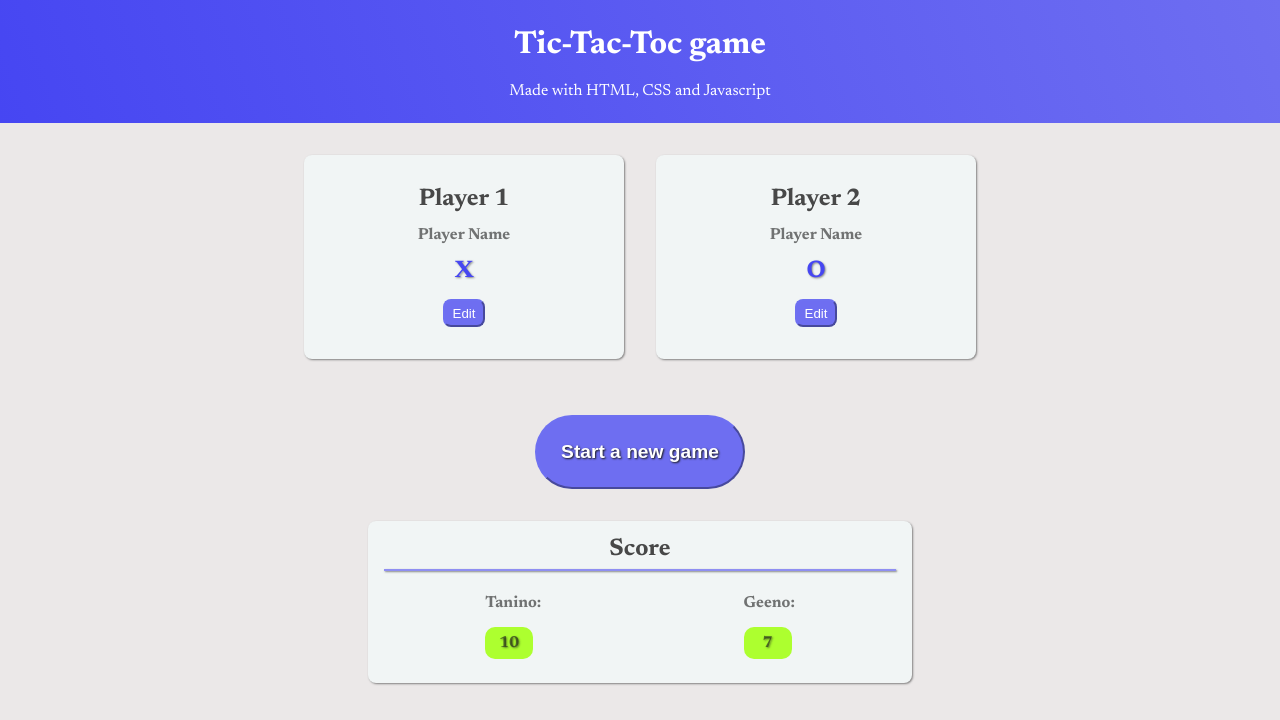
Repository: MicTomm/Tic-tac-toe-game
Page: index.html
An editor plug-in stored every save of this project. The page is shown before and after the next save, followed by the edit.
The browser window is 1280 px wide. The pictures show the whole page.

Above is the page before, as saved 2023-06-26 21:43:35.

### index.html
<!DOCTYPE html>
<html lang="en">

<head>
    <meta charset="UTF-8">
    <meta name="viewport" content="width=device-width, initial-scale=1.0">
    <title>Tic-Tac-Toe</title>
    <link rel="preconnect" href="https://fonts.googleapis.com">
    <link rel="preconnect" href="https://fonts.gstatic.com" crossorigin>
    <link href="https://fonts.googleapis.com/css2?family=Newsreader:wght@400;700&display=swap" rel="stylesheet">
    <link href="/styles/styles.css" rel="stylesheet">
    <link href="/styles/overlay.css" rel="stylesheet">
    <link href="/styles/game-configuration.css" rel="stylesheet">
    <link href="/styles/game-execution.css" rel="stylesheet">
    <script src="/scripts/configuration.js" defer></script>
    <script src="/scripts/game.js" defer></script>
    <script src="/scripts/app.js" defer></script>
</head>

<body>
    <div id="back-drop"></div>
    <header id="main-header">
        <h1>Tic-Tac-Toc game</h1>
        <p>Made with HTML, CSS and Javascript</p>
    </header>
    <main>
        <aside id="aside-container">
            <header id="id=" aside-header>
                <h2>Chose your name</h2>
            </header>
            <form>
                <div id="aside-input-container">
                    <label for="choosing-player-name" id="choosing-player-name-label">Player name</label>
                    <input type="text" id="choosing-player-name" name="player-name" required>
                    <div id="input-validation-error-container">
                        <svg xmlns="http://www.w3.org/2000/svg" fill="none" viewBox="0 0 24 24" stroke-width="1.5"
                            stroke="currentColor" class="w-6 h-6">
                            <path stroke-linecap="round" stroke-linejoin="round"
                                d="M12 9v3.75m9-.75a9 9 0 11-18 0 9 9 0 0118 0zm-9 3.75h.008v.008H12v-.008z" />
                        </svg>
                        <p id="input-validation-error"></p>
                    </div>

                </div>
                <div id="aside-buttons-container">
                    <button type="button" class="btn alternative-btn" id="cancel-btn">
                        Cancel
                    </button>
                    <button type="submit" class="btn">Confirm</button>
                </div>
            </form>
        </aside>
        <section id="game-configuration">
            <div id="game-configuration-container">
                <article>
                    <div id="player1-container">
                        <h2>Player 1</h2>
                        <p id="player1-name">Player Name</p>
                        <p class="symbol">X</p>
                        <button id="edit-p1-btn" class="btn" data-playerid="1">Edit</button>
                    </div>
                </article>
                <article>
                    <div id="player2-container">
                        <h2>Player 2</h2>
                        <p id="player2-name">Player Name</p>
                        <p class="symbol">O</p>
                        <button id="edit-p2-btn" class="btn" data-playerid="2">Edit</button>
                    </div>
                </article>
            </div>
            <div id="start-game-container">
                <button type="button" id="start-game-btn" class="btn">Start a new game</button>
            </div>
        </section>

        <div id="score-container">

            <h2>Score</h2>
            <hr>
            <div id="score-players-div">
                <div id="p1-score">
                    <p>Tanino: </p>
                    <p id="p1-score-span" class="score-secondP">10</p>
                </div>
                <div id="p2-score">
                    <p>Geeno: </p>
                    <p id="p2-score-span" class="score-secondP">7</p>
                </div>
            </div>
        </div>
        <section id="game-execution">



            <article id="game-over">
                <h2>You won, <span id="winner-player-name">PLAYER NAME</span>!</h2>
                <p>Click the "Start New Game" button above, to start a new game!</p>
            </article>

            <p id="p-turn">It's your turn <span id="active-player-name">PLAYER NAME</span> !</p>
            <ol id="game-board">
                <li value="1"></li>
                <li value="2"></li>
                <li value="3"></li>

                <li value="4"></li>
                <li value="5"></li>
                <li value="6"></li>

                <li value="7"></li>
                <li value="8"></li>
                <li value="9"></li>
            </ol>
        </section>
        </section>
    </main>

</body>

</html>

### styles/styles.css
body {
    margin: 0;
    background-color: rgb(235, 232, 232);
    font-family: 'Newsreader', serif;
    color: rgb(27, 27, 27);
}

h2 {
    margin: 0rem;
    color: rgb(27, 27, 27, 0.8);
    text-shadow: .5px .5px 1px rgba(255, 255, 255, 0.5);
}

#main-header {
    background: linear-gradient(70deg, rgb(70, 70, 242), rgb(110, 110, 241));
    color: white;
    padding: 0.5rem 5%;
    text-align: center;
}

.btn {
    background-color: rgb(110, 110, 241);
    border-color: rgb(110, 112, 241);
    color: white;
    border-radius: 8px;
    padding: 0.3rem 0.5rem;
    cursor: pointer;
}

.alternative-btn {
    background-color: rgb(223, 223, 239);
    border-color: transparent;
    color: rgb(27, 27, 27);
    margin: 0.5rem;
}

.btn:hover {
    background-color: rgb(127, 127, 233);
    box-shadow: 1px 1px 2px rgb(27, 27, 27);
}

.alternative-btn:hover {
    background-color: rgb(210, 210, 235);
    border-color: rgb(205, 205, 233);
}

aside h2,
aside label {
    color: rgb(110, 110, 241);
    text-shadow: .5px .5px 1px rgb(27, 27, 27, 0.5);
}

form label {
    display: block;
    margin-bottom: .5rem;
}

form input {
    padding: .3rem;
    border-color: transparent;
    border-radius: 8px;
    font-family: inherit;
}

form input:hover,
form input:focus {
    outline: rgb(110, 110, 241) auto 1px;
}

form #aside-buttons-container {
    display: flex;
    flex-flow: row;
    justify-content: center;
    align-items: center;
    margin: .5rem;
}

### styles/overlay.css
#aside-container {
text-align: center;
    background-color: rgb(241, 245, 245);
    width: 90%;
    margin: 0rem auto;
    border-radius: .6rem;
    padding: .5rem 0rem;
    position: fixed;
    top: 25%;
    left: 5%;
    display: none;
}

#back-drop {
    background-color: rgba(86, 78, 78, 0.5);
    width: 100%;
    height: 100%;
    position: fixed;
    display: none;
}

aside h2,
aside label {
    color: rgb(110, 110, 241);
    text-shadow: .5px .5px 1px rgb(27, 27, 27, 0.5);
}

form label {
    display: block;
    margin-bottom: .5rem;
}

.choosing-player-name-label-error{
    color: red;
}

form input {
    padding: .3rem;
    border-color: transparent;
    border-radius: 8px;
    font-family: inherit;
    font-weight: 700;
    color: rgb(27, 27, 27, 0.7);
    text-align: center;
    width: 40%;
    margin: .1rem 30%;
}

.choosing-player-name-error{
    border-color:red;
    background-color: rgb(244, 183, 183);
}

form input:hover,
form input:focus {
    outline: rgb(110, 110, 241) auto 1px;
}

form #aside-buttons-container {
    display: flex;
    flex-flow: row;
    justify-content: center;
    align-items: center;
    margin: .5rem;
}

#input-validation-error-container{
    height: 1rem;
    width: 40%;
    margin: .1rem 30%;
    display: none;
    color: red;
}

#input-validation-error{
    font-size: .8rem;
    margin: 0 0 0 .2rem;
    padding-top: 0.2rem;
}

svg{
    height: 1rem;
    width: 1rem;
}

@media (min-width: 48rem) {

    #aside-container {
        position: fixed;
        top: 25%;
        left: calc(50% - 20rem);
        width: 40rem;
    }

}

### styles/game-configuration.css
#game-configuration{
    display: flex;
    flex-flow: column;
    align-items: center;
    margin: 2rem auto;
    width: 90%;
}

#game-configuration-container{
    display: flex;
    flex-flow: row;
    justify-content: center;
    align-items: center;
    margin-bottom: 3.5rem;
}

#player1-container,
#player2-container{
    background-color: rgb(241, 245, 245);
    margin: 0rem 1rem;
    padding: 2rem 0rem;
    display: flex;
    flex-flow: column;
    justify-content: center;
    align-items: center;
    width: 20rem;
    border-radius: 8px;
    box-shadow: 1px 1px 2px rgb(27, 27, 27, 0.5);
}

#game-configuration p{
    color: rgb(27, 27, 27, 0.6);
    font-weight: bold;
}

#game-configuration .symbol{
    margin: 0rem 0rem 1rem 0rem;
    font-weight: 700;
    font-size: 1.5rem;
    color: rgb(70, 70, 242);
    text-shadow: 1px 1px 2px rgb(27, 27, 27, 0.5);
}

#start-game-container{
    display: block;

}

#start-game-btn{
    padding: 1.5rem;
    border-radius: 20rem;
    font-size: 1.2rem;
    font-weight: 700;
    text-shadow: 1px 1px 2px rgb(27, 27, 27);
    cursor: pointer;
}

#start-game-btn:hover{
    background: linear-gradient(70deg, rgb(152, 228, 40), rgb(70, 70, 242));
}

### styles/game-execution.css
hr{
    border: .02rem solid rgb(143, 143, 242);
    box-shadow: 1px 1px 2px rgb(27, 27, 27, 0.5);
}

#game-execution{
    width: 90%;
    margin: 2rem auto;
    text-align: center;
    display: none;
}

#game-over{
    display: none;
    margin: 0rem auto;
    padding: 1rem;
    background: linear-gradient(70deg, rgb(68, 68, 248), rgb(143, 143, 242));
    border-radius: 10px;
    box-shadow: 1px 1px 2px rgb(27, 27, 27, 0.5);
    max-width: 40rem;
}

#game-over p{
    color: white;
    text-shadow: .5px .5px 1px rgb(27, 27, 27, 0.5);
    font-weight: 400;
}

#p-turn{
    color: rgb(67, 74, 67);
    font-weight: 700;
    font-size: 1.5rem;
    text-shadow: .5px .5px 1px rgb(27, 27, 27, 0.8);
    display: none;
}

#active-player-name{
    color: rgb(38, 177, 38);
}

#game-board{
    display: none;
    justify-content: center;
    grid-template-columns: repeat(3, 6rem); /*lo stesso che scrivere 6rem 6rem 6rem*/
    grid-template-rows: repeat(3, 6rem);
    list-style: none;
    gap: .5rem;
    padding: 0rem;
}

#game-execution li{
    background-color: rgb(143, 143, 242);
    display: flex;
    justify-content: center;
    align-items: center;
    color: rgb(27, 27, 27, 0.5)l;
    font-weight: 700;
    text-shadow: .5px .5px 1px rgb(255, 255, 255, 0.7);
    font-size: 2rem;
    border-radius: 8px;
    cursor: pointer;
}

#game-execution li:hover{
    background-color: rgb(68, 68, 248);
    text-shadow: .5px .5px 1px rgb(27, 27, 27);
    color: white;
}

#game-execution li.disabled{
    background-color: rgb(68, 68, 248);
    text-shadow: .5px .5px 1px rgb(27, 27, 27);
    cursor: default;
    color: white;
}

#score-container{
    display: block;
    text-align: center;
    background-color: rgb(241, 245, 245);
    border-radius: 8px;
    padding: 1rem;
    box-shadow: 1px 1px 2px rgb(27, 27, 27, 0.5);
    max-width: 40%;
    margin: 1rem auto;
}

#score-players-div{
    display: flex;
    justify-content: space-around;
    align-items: center;
}

#score-players-div p{
    color: rgb(27, 27, 27, 0.6);
    font-weight: bold;
}

.score-secondP{
    margin: .5rem 0rem;
    padding: .5rem;
    width: 2rem;
    background-color: greenyellow;
    border-radius: 10px;
    color: white;
    text-shadow: 1px 1px 2px rgb(27, 27, 27, 0.5);
}

### scripts/configuration.js
function editPlayerConfiguration(event) {
    /**
     * playerid è un attributo che realizzo nel file .html (data-playerid), per gli elementi edit-p1-btn
     * e edit-p2-btn, al fine di tracciare quale dei due button-edit sto cliccando, ed utilizzarne
     * l'identificativo estrapolato in js.
     *
     * Si possono aggiungere più attributi(proprietà) allo stesso elemento.
     *
     * l'attributo si realizza sempre facendo succedere una o più stringhe di testo alla stringa 'data-'.
     * Bisogna scrivere le stringhe tutto in minuscolo perché, se faccio console.dir(event), facendo
     * drilling fino alla voce target, posso constatare che, anche se scrivo in camelcase, l'attributo
     * viene registrato tutto in lowercase.
     *
     * Se voglio scrivere invece che data-playerid, data-player-id, nel codice js devo poi estrapolarlo come:
     * event.target.dataset['player-id']
     */
    const playerIdSelected = event.target.dataset.playerid;
    playerId = playerIdSelected;

    isNotToCancel = false;

    console.log(players[playerId - 1].name);

    if (players[playerId - 1].name){
        inputValidationInput.value = players[playerId - 1].name;
    } else {
        inputValidationInput.value = '';
    }

    console.log(playerId);


    overlay.style.display = 'block';
    backdrop.style.display = 'block';


}

function cancelPlayerConfiguration() {
    overlay.style.display = 'none';
    backdrop.style.display = 'none';
    removeInputError();

    console.log(isNotToCancel);

    if(!isNotToCancel){
        console.log('to cancel');
        players[playerId - 1].name = '';
        console.log(players[playerId - 1].name);

        if(playerId == players[playerId - 1].id){
            player1Name.textContent = 'Player Name';
        } else {
            player2Name.textContent = 'Player Name';
        }
    }
}

function savePlayerConfig(event) {
    /*
    preventDefault() evita che venga eseguito il comportamento di default quando viene inviato
    il form.
    Tale comportamento consiste nell' inviare una richiesta GET al web server che la processerà,
    nel mio caso il server locale.
    */
    event.preventDefault();

    /*
    event è un oggetto js generato automaticamente dal browser al verificarsi di un evento, e che lo
    descrive.
    Con l'attributo target, si punta direttamente all'elemento HTML che ha generato l'evento.
    In questo caso il form, perché è stato il form ad essere inviato.

    new FormData è una built-in function che è resa disponibile direttamente nel browser in js.
    Con 'new', istanzio un oggetto di tipo FormData, e passandogli come parametro il pointer al form,
    posso estrapolare tutte le informazioni submitted che, in HTML presentano l'ttributo 'name' nel
    rispettivo input-element.
    */
    const formData = new FormData(event.target);
    playerName = formData.get('player-name').trim();
    console.log('Player name: ' + playerName);

    /*  Una stringa vuota è un falsy-value
    Una stringa che ha un valore è un truly-value
    Quindi, sto dicendo: se la stringa non è truly
    */
    if (!playerName) {

        inputValidationLabel.classList.add('choosing-player-name-label-error');
        inputValidationInput.classList.add('choosing-player-name-error');

        inputValidationErrorContainer.style.display = 'flex';
        inputValidationErrorContainer.style.flexFlow = 'row';
        inputValidationErrorContainer.style.justifyContent = 'center';
        inputValidationErrorContainer.style.alignItems = 'center';
        inputValidationErrorParagraph.textContent = 'Please, enter valid a name!';
        return;
    }
    else {
        removeInputError();

        players[playerId - 1].name = playerName;


        if (playerId == 1) {
            player1Name.textContent = playerName;
        } else {
            player2Name.textContent = playerName;
        }

        isNotToCancel = true;

        cancelPlayerConfiguration();
    }

}

function removeInputError() {
    inputValidationErrorContainer.style.display = 'none';
    inputValidationInput.classList.remove('choosing-player-name-error');
    inputValidationLabel.classList.remove('choosing-player-name-label-error');
}

### scripts/game.js
function startNewGame() {
    if (players[0].name === '' || players[1].name === '') {
        alert('Please, set a custom player name');
        return;
    }

    gameExecutionSection.style.display = 'block';
    gameBoard.style.display = 'grid';
    gameOver.style.display = 'none';
    pPlayerTurn.style.display = 'block';
    spanPlayerTurn.textContent = players[activePlayer].name;

    if (isGameEnded) {
        gameOver.style.display = 'none';
        pPlayerTurn.style.display = 'block';

        settingScorePanel ();

        p1SelectedFieldSet.length = 0;
        p2SelectedFieldSet.length = 0;

        for (const cell of gameBoardCells) {
            cell.classList.remove('disabled');
            cell.textContent = '';
            cell.style.cursor = 'pointer';
            cell.addEventListener('click', fillingCell);
        }
    }

}

function fillingCell(event) {
    event.target.classList.add('disabled');
    event.target.textContent = players[activePlayer].symbol;
    playerTurnCounter++;

    //stabilisco il turno del giocatore
    if (activePlayer === 0) {
        p1SelectedFieldSet.push(event.target.value);

        if (playerTurnCounter >= 5) {

            executingTurns(p1SelectedFieldSet, 0);

        }
        activePlayer = 1;

    } else {
        p2SelectedFieldSet.push(event.target.value);

        if (playerTurnCounter >= 5) {

            executingTurns(p2SelectedFieldSet, 1);

        }

        activePlayer = 0;
    }

    //aggiorno il nome del player per il prossimo turno, e rendo la cella marcata non più cliccabile
    spanPlayerTurn.textContent = players[activePlayer].name;
    event.target.removeEventListener('click', fillingCell);

    console.log(p1SelectedFieldSet);
    console.log(p2SelectedFieldSet);

}

function executingTurns(array, playerIndex) {
    for (const solution in solutions) {
        console.log('solutions: ' + solution);
        matches = 0;
        for (const s of solutions[solution]) {
            console.log('s: ' + s);
            for (const selectedField of array) {

                if (s == selectedField) {
                    matches++;
                    console.log('s: ' + s + ' == selectedField: ' + selectedField);
                    break;
                }

            }
        }
        if (matches == 3) {
            console.log('hai vinto');
            gameOver.style.display = 'block';
            pPlayerTurn.style.display = 'none';
            winnerPlayerName.textContent = players[playerIndex].name;
            players[playerIndex].score++ ;
            console.log('player score');
            console.log(players[playerIndex].score);

            for (const cell of gameBoardCells) {
                cell.style.cursor = 'default';
                cell.removeEventListener('click', fillingCell);
            }
            isGameEnded = true;

            return;
        }
    }

}

function settingScorePanel () {
    p1NameScore.textContent = player1Name.textContent;
    p2NameScore.textContent = player2Name.textContent;
    // player1Score.textContent = players[0].score;
    // player2Score.textContent = players[1].score;
    player1Score.textContent = players[0].score;
    console.log('p1-score: ' + player1Score.textContent);
    player2Score.textContent = players[1].score;
    console.log('p2-score: ' + player2Score.textContent);
    scorePanel.style.display = 'block';
}

### scripts/app.js
/*
    E' possibile puntare ad una function presente in una altro file .js
    Affinché ciò sia possibile, bisogna importare nel file .htm prima il file.js in cui è definita la
    function e successivamente il .js in cui la si utilizza.
*/
console.dir(document.body);
let playerId = 0;
let playerName;
let isNotToCancel = false;
let activePlayer = 0;
let playerTurnCounter = 0;
const p1SelectedFieldSet = [];
const p2SelectedFieldSet = [];
let matches = 0;
let isGameEnded = false;



const players = [
    {
        name: '',
        score: 0,
        symbol: 'X'
    },
    {
        name: '',
        score: 0,
        symbol: 'O'
    }
]

const solutions = {
    s1:[1,2,3],
    s2:[4,5,6],
    s3:[7,8,9],
    s4:[1,4,7],
    s5:[2,5,8],
    s6:[3,6,9],
    s7:[1,5,9],
    s8:[3,5,7]
}

const overlay = document.getElementById('aside-container');
const backdrop = document.getElementById('back-drop');

const editP1Btn = document.getElementById('edit-p1-btn');
const editP2Btn = document.getElementById('edit-p2-btn');
const cancelPConfigurationBtn = document.getElementById('cancel-btn');
const startGameBtn = document.getElementById('start-game-btn');

const form = document.querySelector('form');

const inputValidationErrorContainer = document.getElementById('input-validation-error-container');
const inputValidationLabel = document.getElementById('choosing-player-name-label');
const inputValidationInput = document.getElementById('choosing-player-name');
const inputValidationErrorParagraph = document.getElementById('input-validation-error');

const player1Name = document.getElementById('player1-name');
const player2Name = document.getElementById('player2-name');

const gameExecutionSection = document.getElementById('game-execution');

const gameBoard = document.getElementById('game-board');
const gameBoardCells = document.querySelectorAll('#game-board li');
const pPlayerTurn = document.getElementById('p-turn');
const spanPlayerTurn = document.getElementById('active-player-name');

const gameOver = document.getElementById('game-over');
const winnerPlayerName = document.getElementById('winner-player-name');

const scorePanel = document.getElementById('score-container');
const p1NameScore = document.querySelector('#p1-score p');
const p2NameScore = document.querySelector('#p2-score p');
const player1Score = document.getElementById('p1-score-span');
const player2Score = document.getElementById('p2-score-span');

editP1Btn.addEventListener('click', editPlayerConfiguration);
editP2Btn.addEventListener('click', editPlayerConfiguration);
cancelPConfigurationBtn.addEventListener('click', cancelPlayerConfiguration);
form.addEventListener('submit', savePlayerConfig);
startGameBtn.addEventListener('click', startNewGame);

for (const cell of gameBoardCells){
    cell.addEventListener('click', fillingCell);
}

After the next save:
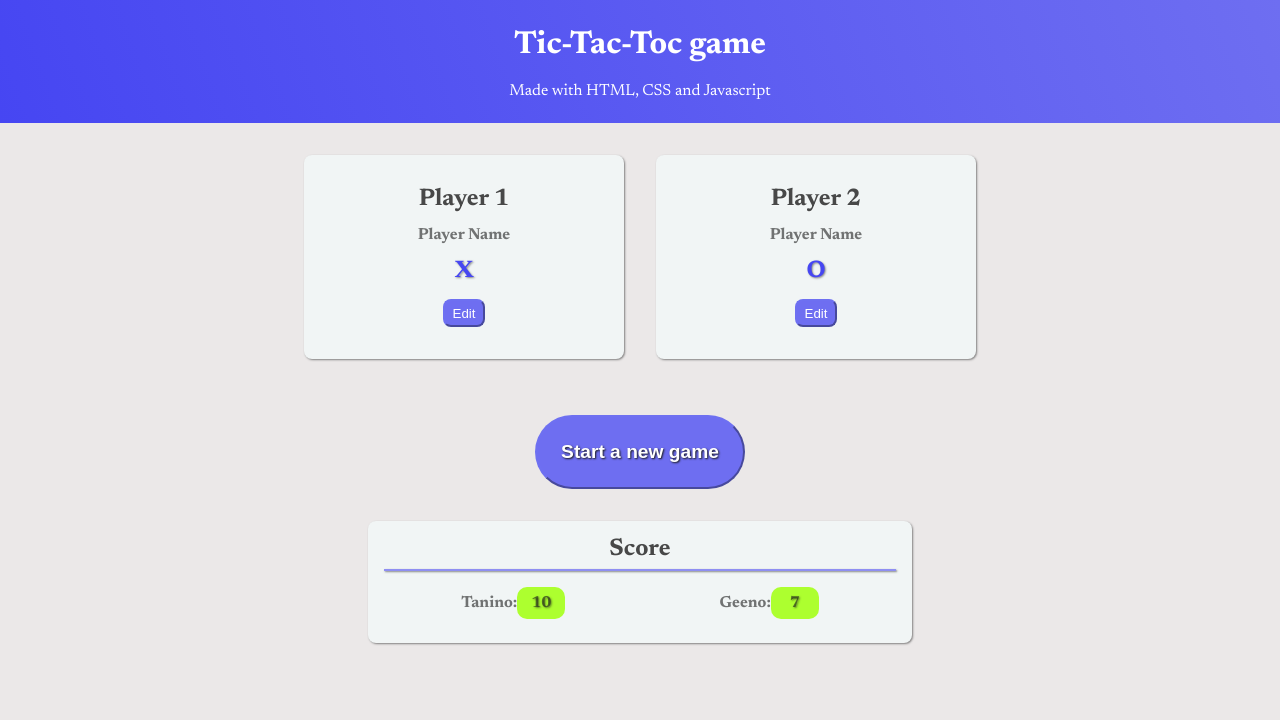
Saved 102 s later.
--- a/styles/game-execution.css
+++ b/styles/game-execution.css
@@ -91,6 +91,12 @@ hr{
     align-items: center;
 }
 
+#score-players-div div{
+    display: flex;
+    justify-content: center;
+    align-items: center;
+}
+
 #score-players-div p{
     color: rgb(27, 27, 27, 0.6);
     font-weight: bold;
